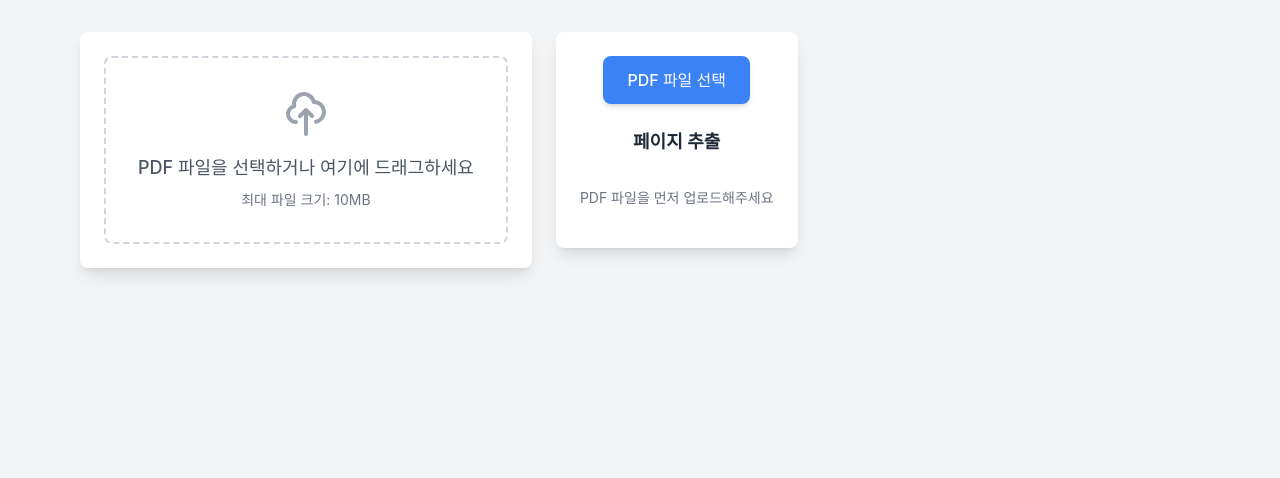
Repository: orcaCrew/PDF-Handler
Page: /
An editor plug-in stored every save of this project. The page is shown before and after the next save, followed by the edit.
The browser window is 1280 px wide. The pictures show the whole page.
The project was rebuilt for these pictures with package versions that can differ from the ones it lists, and the page was loaded fresh each time.

Above is the page before, as saved 2025-07-18 17:17:30.

After the next save:
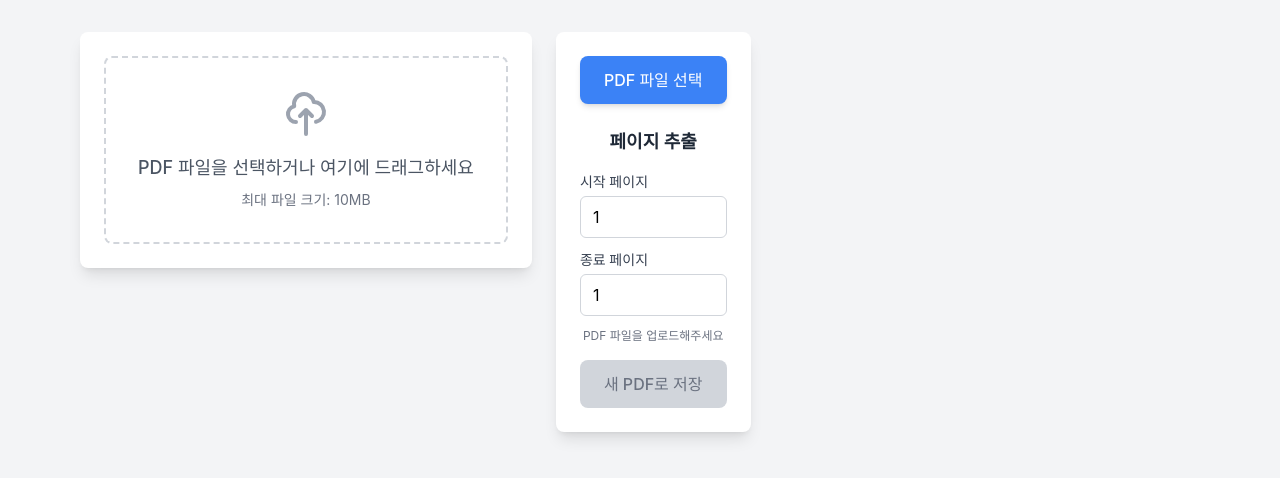
Saved 14 min 31 s later.
--- a/src/App.js
+++ b/src/App.js
@@ -338,74 +338,58 @@ function App() {
                   페이지 추출
                 </h3>
 
-                {!file ? (
-                  <div className="text-center py-4">
-                    <div className="text-gray-500 text-sm">
-                      PDF 파일을 먼저 업로드해주세요
+                <div className="space-y-3">
+                  <div>
+                    <label className="block text-sm font-medium text-gray-700 mb-1">
+                      시작 페이지
+                    </label>
+                    <input
+                      type="number"
+                      min="1"
+                      max={numPages || 1}
+                      value={startPage}
+                      onChange={(e) => setStartPage(parseInt(e.target.value) || 1)}
+                      className="w-full px-3 py-2 border border-gray-300 rounded-md focus:outline-none focus:ring-2 focus:ring-blue-500 focus:border-transparent"
+                    />
+                  </div>
+
+                  <div>
+                    <label className="block text-sm font-medium text-gray-700 mb-1">
+                      종료 페이지
+                    </label>
+                    <input
+                      type="number"
+                      min="1"
+                      max={numPages || 1}
+                      value={endPage}
+                      onChange={(e) => setEndPage(parseInt(e.target.value) || 1)}
+                      className="w-full px-3 py-2 border border-gray-300 rounded-md focus:outline-none focus:ring-2 focus:ring-blue-500 focus:border-transparent"
+                    />
+                  </div>
+
+                  <div className="text-xs text-gray-500 text-center">
+                    {numPages ? `총 ${numPages}페이지 중 선택` : 'PDF 파일을 업로드해주세요'}
+                  </div>
+                </div>
+
+                <button
+                  onClick={extractPages}
+                  disabled={extracting || !file || !numPages || startPage > endPage || startPage < 1 || endPage > (numPages || 1)}
+                  className={`w-full px-4 py-3 rounded-lg font-medium transition-colors ${
+                    extracting || !file || !numPages || startPage > endPage || startPage < 1 || endPage > (numPages || 1)
+                      ? 'bg-gray-300 text-gray-500 cursor-not-allowed'
+                      : 'bg-green-500 text-white hover:bg-green-600 shadow-md'
+                  }`}
+                >
+                  {extracting ? (
+                    <div className="flex items-center justify-center">
+                      <div className="animate-spin rounded-full h-4 w-4 border-b-2 border-white mr-2"></div>
+                      추출 중...
                     </div>
-                  </div>
-                ) : !numPages ? (
-                  <div className="text-center py-4">
-                    <div className="text-gray-500 text-sm">
-                      PDF 파일을 로딩 중입니다...
-                    </div>
-                  </div>
-                ) : (
-                  <>
-                    <div className="space-y-3">
-                      <div>
-                        <label className="block text-sm font-medium text-gray-700 mb-1">
-                          시작 페이지
-                        </label>
-                        <input
-                          type="number"
-                          min="1"
-                          max={numPages}
-                          value={startPage}
-                          onChange={(e) => setStartPage(parseInt(e.target.value) || 1)}
-                          className="w-full px-3 py-2 border border-gray-300 rounded-md focus:outline-none focus:ring-2 focus:ring-blue-500 focus:border-transparent"
-                        />
-                      </div>
-
-                      <div>
-                        <label className="block text-sm font-medium text-gray-700 mb-1">
-                          종료 페이지
-                        </label>
-                        <input
-                          type="number"
-                          min="1"
-                          max={numPages}
-                          value={endPage}
-                          onChange={(e) => setEndPage(parseInt(e.target.value) || 1)}
-                          className="w-full px-3 py-2 border border-gray-300 rounded-md focus:outline-none focus:ring-2 focus:ring-blue-500 focus:border-transparent"
-                        />
-                      </div>
-
-                      <div className="text-xs text-gray-500 text-center">
-                        총 {numPages}페이지 중 선택
-                      </div>
-                    </div>
-
-                    <button
-                      onClick={extractPages}
-                      disabled={extracting || startPage > endPage || startPage < 1 || endPage > numPages}
-                      className={`w-full px-4 py-3 rounded-lg font-medium transition-colors ${
-                        extracting || startPage > endPage || startPage < 1 || endPage > numPages
-                          ? 'bg-gray-300 text-gray-500 cursor-not-allowed'
-                          : 'bg-green-500 text-white hover:bg-green-600 shadow-md'
-                      }`}
-                    >
-                      {extracting ? (
-                        <div className="flex items-center justify-center">
-                          <div className="animate-spin rounded-full h-4 w-4 border-b-2 border-white mr-2"></div>
-                          추출 중...
-                        </div>
-                      ) : (
-                        '새 PDF로 저장'
-                      )}
-                    </button>
-                  </>
-                )}
+                  ) : (
+                    '새 PDF로 저장'
+                  )}
+                </button>
               </div>
             </div>
           </div>
